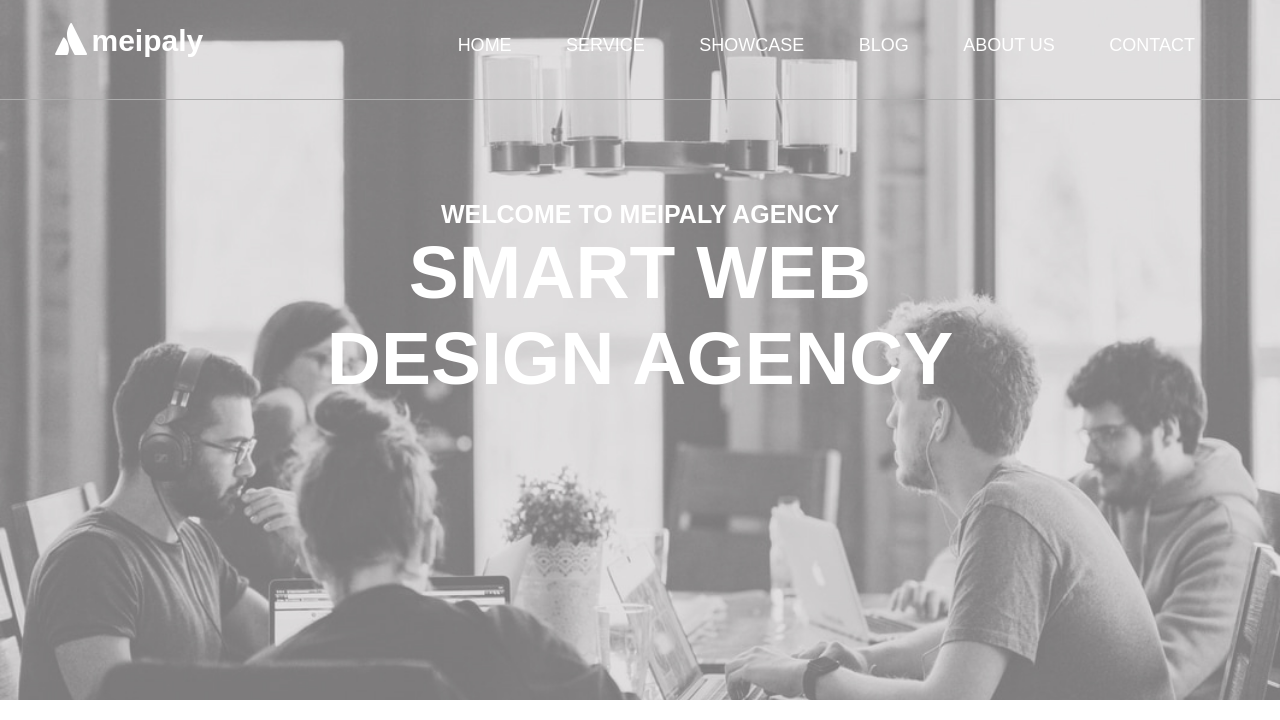
Repository: ToanNguyenThai/Meipaly
Page: index.html
The author's editor kept a copy of each file at every save. The page is drawn from the files as they stood at one save, then again after the next save.
The browser window is 1280 px wide. The pictures show the whole page.

Above is the page before, as saved 2021-12-04 15:12:42.

After the next save:
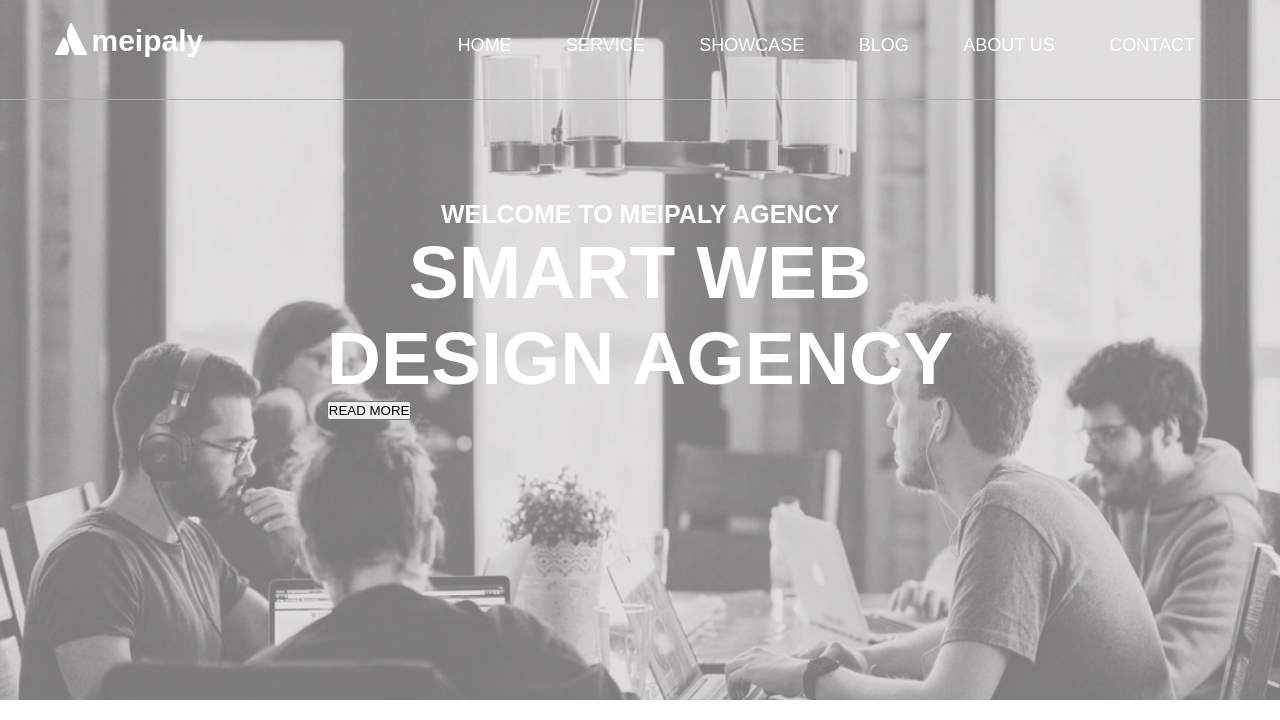
Saved 35 s later.
--- a/index.html
+++ b/index.html
@@ -46,6 +46,7 @@
             <h3>WELCOME TO MEIPALY AGENCY</h3>
             <h1>SMART WEB</h1>
             <h1>DESIGN AGENCY</h1>
+            <button>READ MORE</button>
         </div>
 
     </section>
